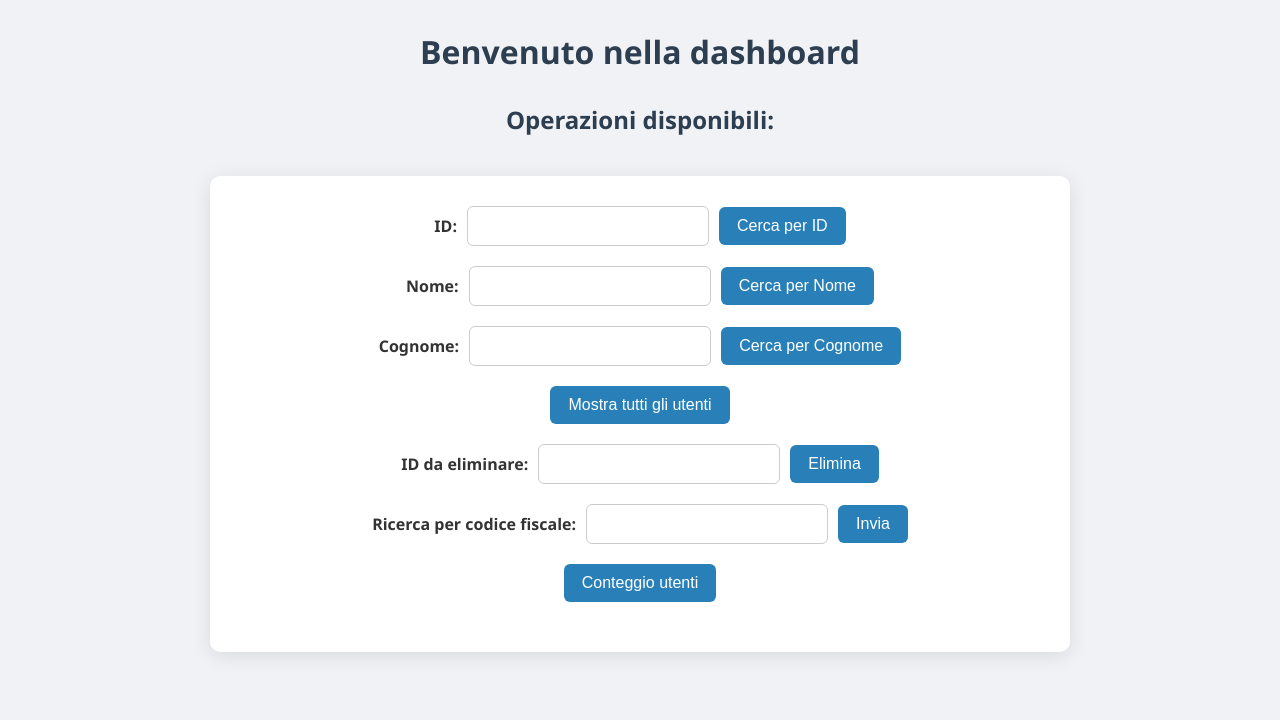
Repository: PcarloP/java_se
Page: http://localhost/anagraficaweb/dashboard.jsp
These files come from the project's save history. The page is drawn as it stood at one moment and after the next save; the edit follows.
The browser window is 1280 px wide. The pictures show the whole page.
The page is served by Tomcat 10.

Above is the page before, as saved 2025-06-22 16:12:25.

After the next save:
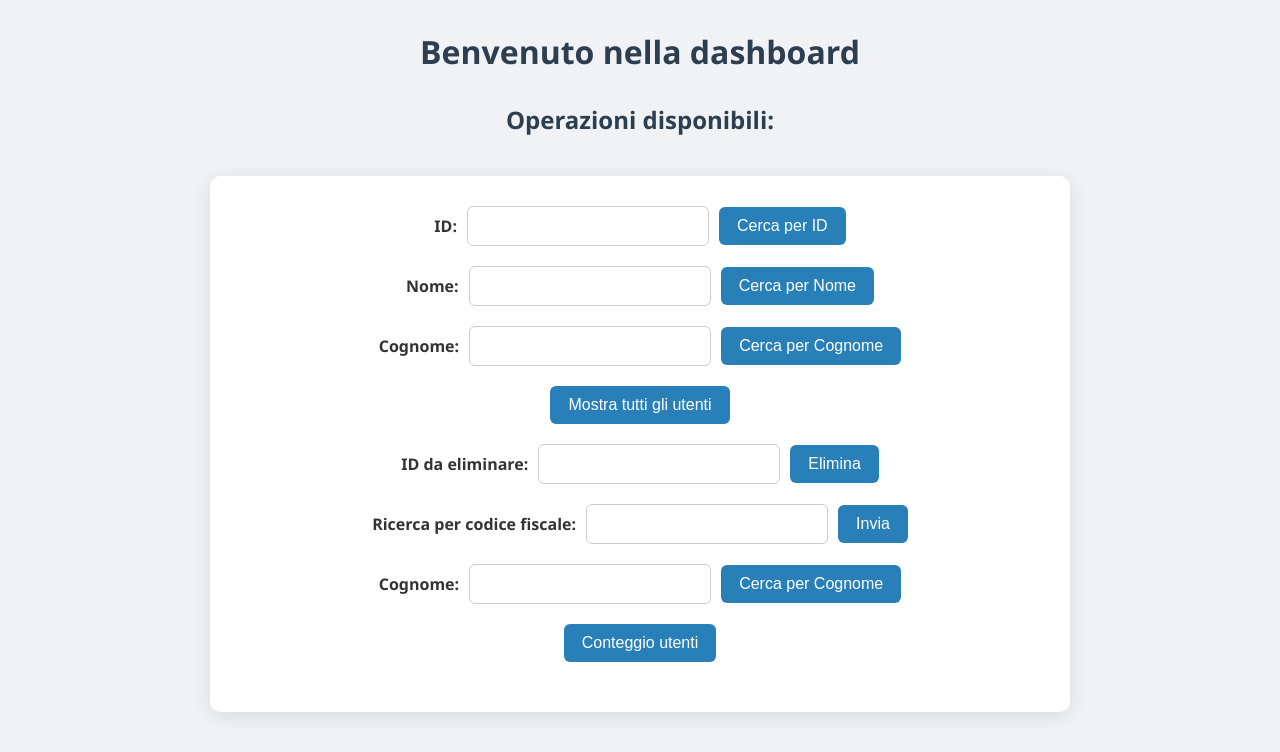
Saved 19 min 26 s later.
--- a/anagraficaweb/WebContent/dashboard.jsp
+++ b/anagraficaweb/WebContent/dashboard.jsp
@@ -59,7 +59,11 @@
 			<button type="submit">Invia</button>
 		</form>
 
-
+        <form action="<%=request.getContextPath() + "/findByAnno"%>"
+			method="get">
+			<label>Cognome:</label> <input type="text" name="cognome" required />
+			<button type="submit">Cerca per Cognome</button>
+		</form>
 
 
 		<form action="<%=request.getContextPath() + "/count"%>" method="get">
